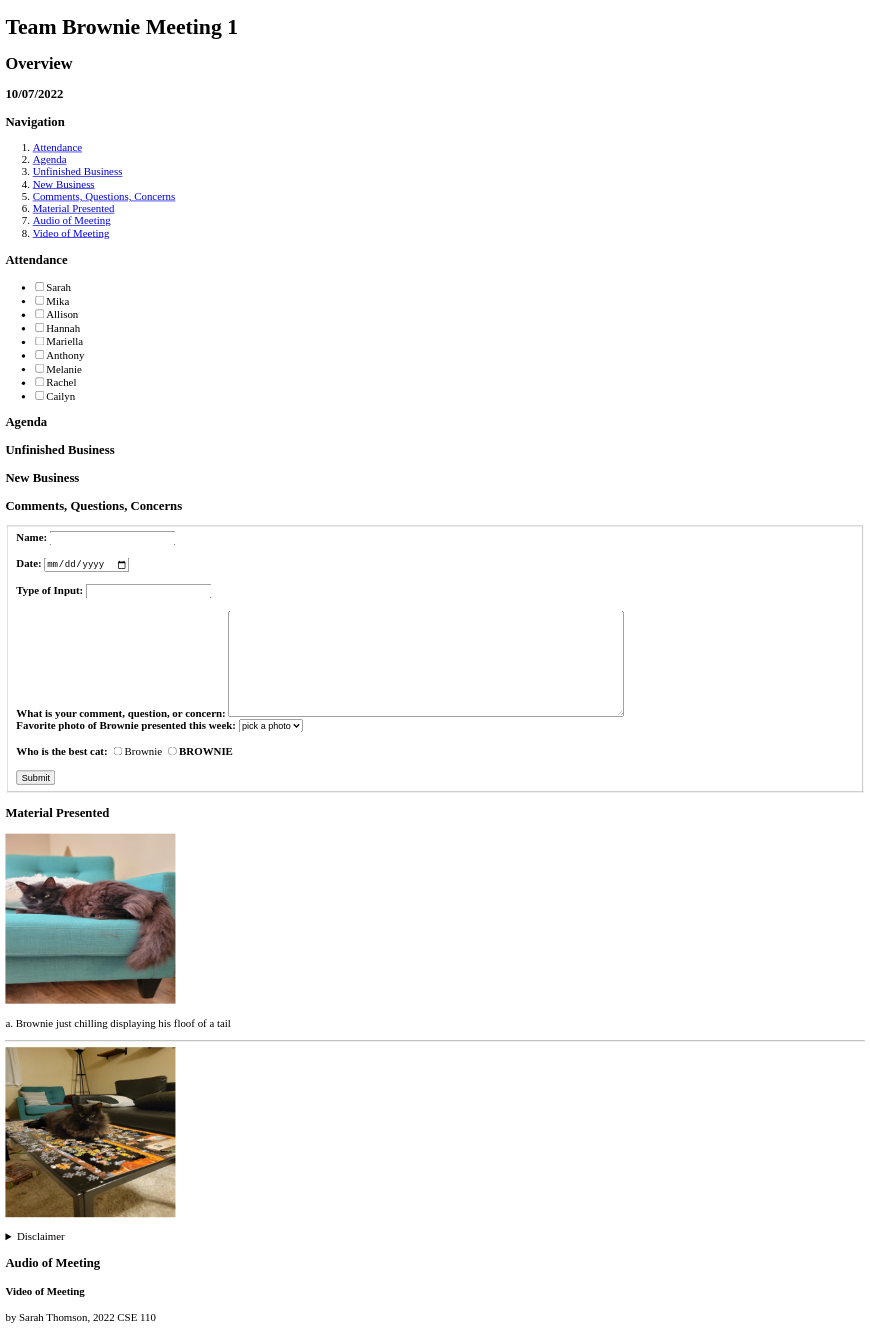
Repository: sarahtthomson/fa22-cse110-lab3
Page: index.html
These files come from the project's save history. The page is drawn as it stood at one moment and after the next save; the edit follows.
The browser window is 1280 px wide. The pictures show the whole page, at 68% of full size.

Above is the page before, as saved 2022-10-08 19:11:38.

After the next save:
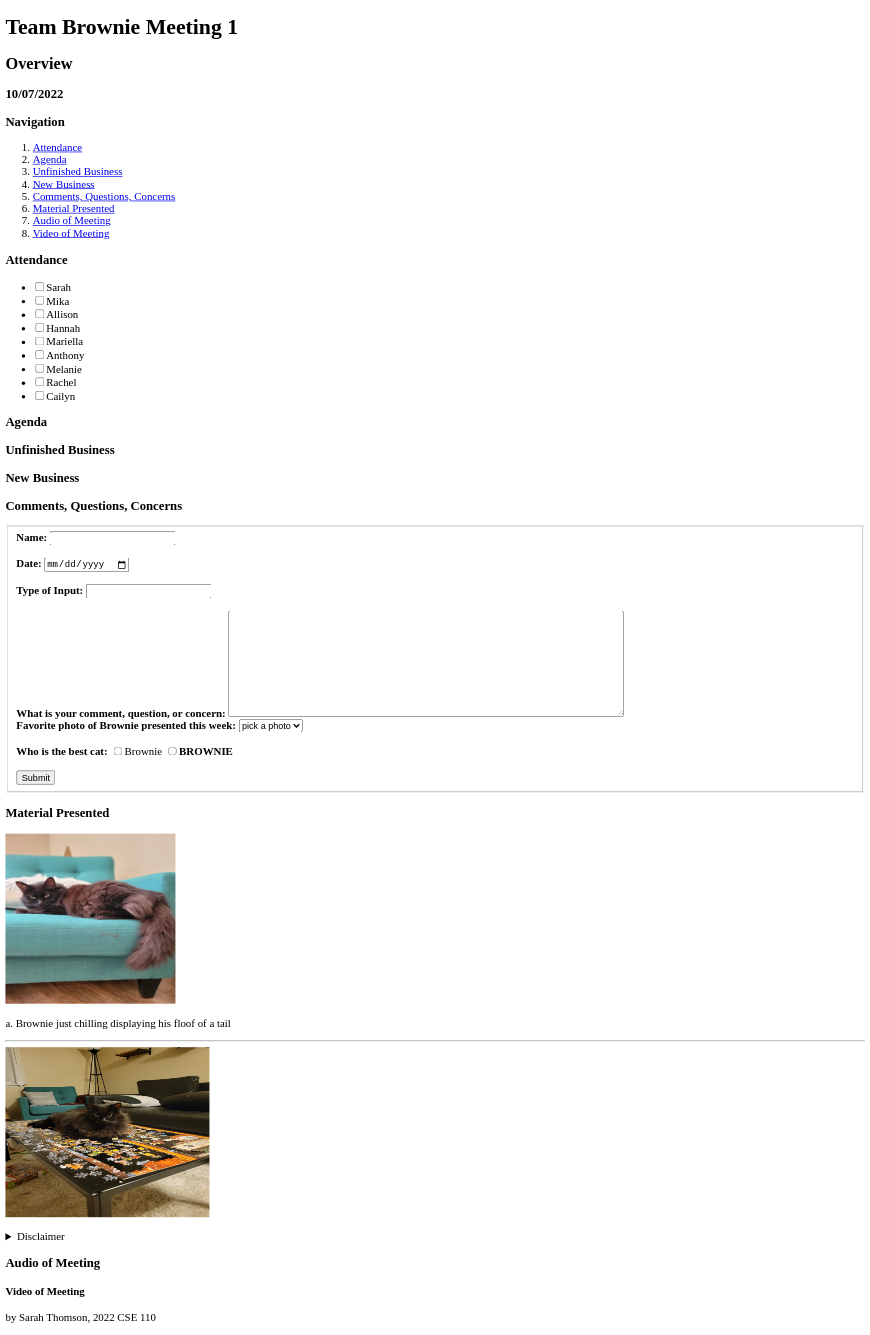
Saved 33 s later.
--- a/index.html
+++ b/index.html
@@ -98,7 +98,7 @@
                 <img height="250" width="250" src="cat.jpg">
                 <p>a. Brownie just chilling displaying his floof of a tail</p>
                 <hr>
-                <img height="250" width="250" src="cat1.jpg"
+                <img height="250" width="300" src="cat1.jpg"
                 <p></p>
                 <details><summary>Disclaimer</summary>There are only 5 photos of the week because Brownie will not work on weekends</details>
             </div>

After the save that followed:
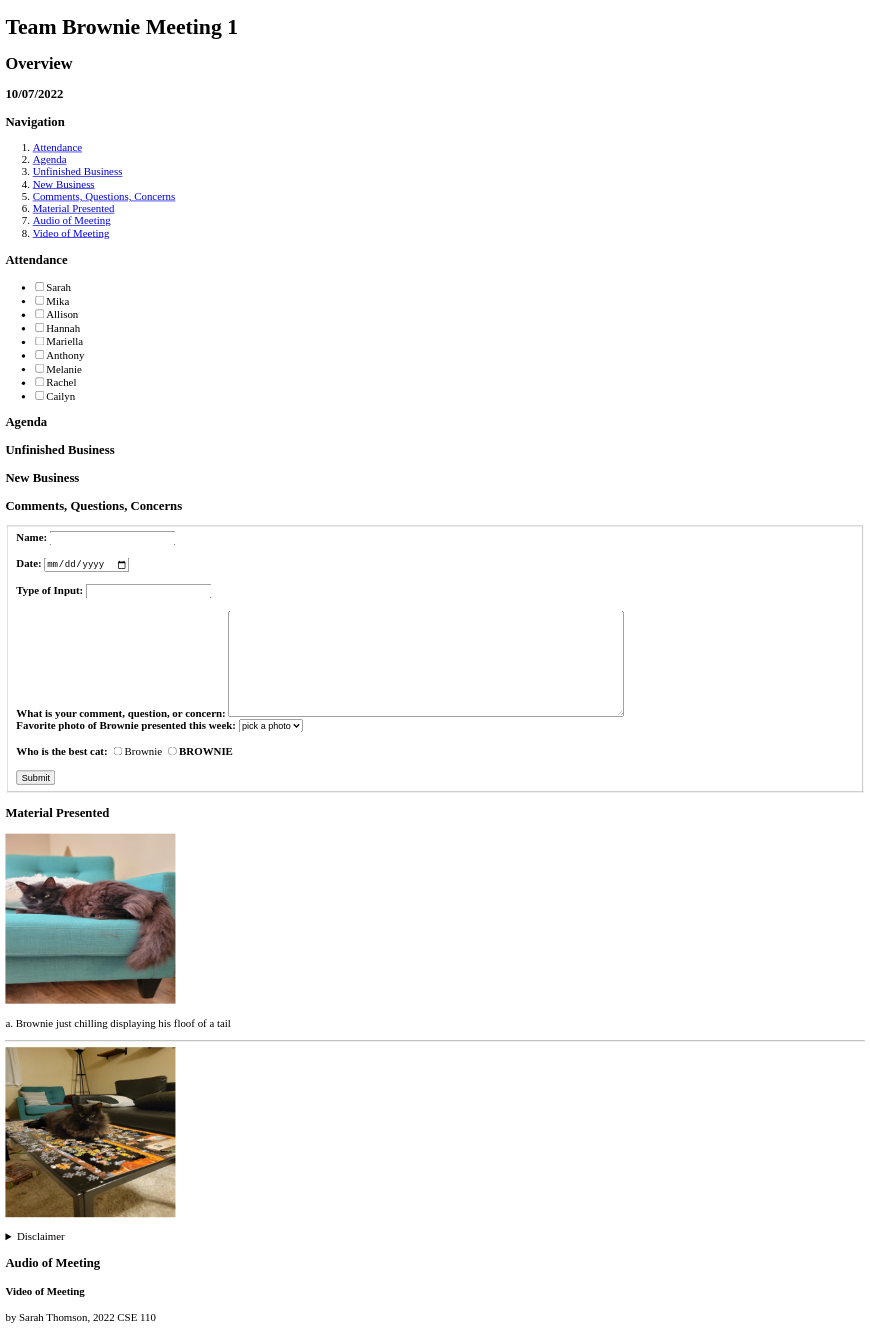
Saved 6 s later.
--- a/index.html
+++ b/index.html
@@ -98,7 +98,7 @@
                 <img height="250" width="250" src="cat.jpg">
                 <p>a. Brownie just chilling displaying his floof of a tail</p>
                 <hr>
-                <img height="250" width="300" src="cat1.jpg"
+                <img height="250" width="250" src="cat1.jpg"
                 <p></p>
                 <details><summary>Disclaimer</summary>There are only 5 photos of the week because Brownie will not work on weekends</details>
             </div>
